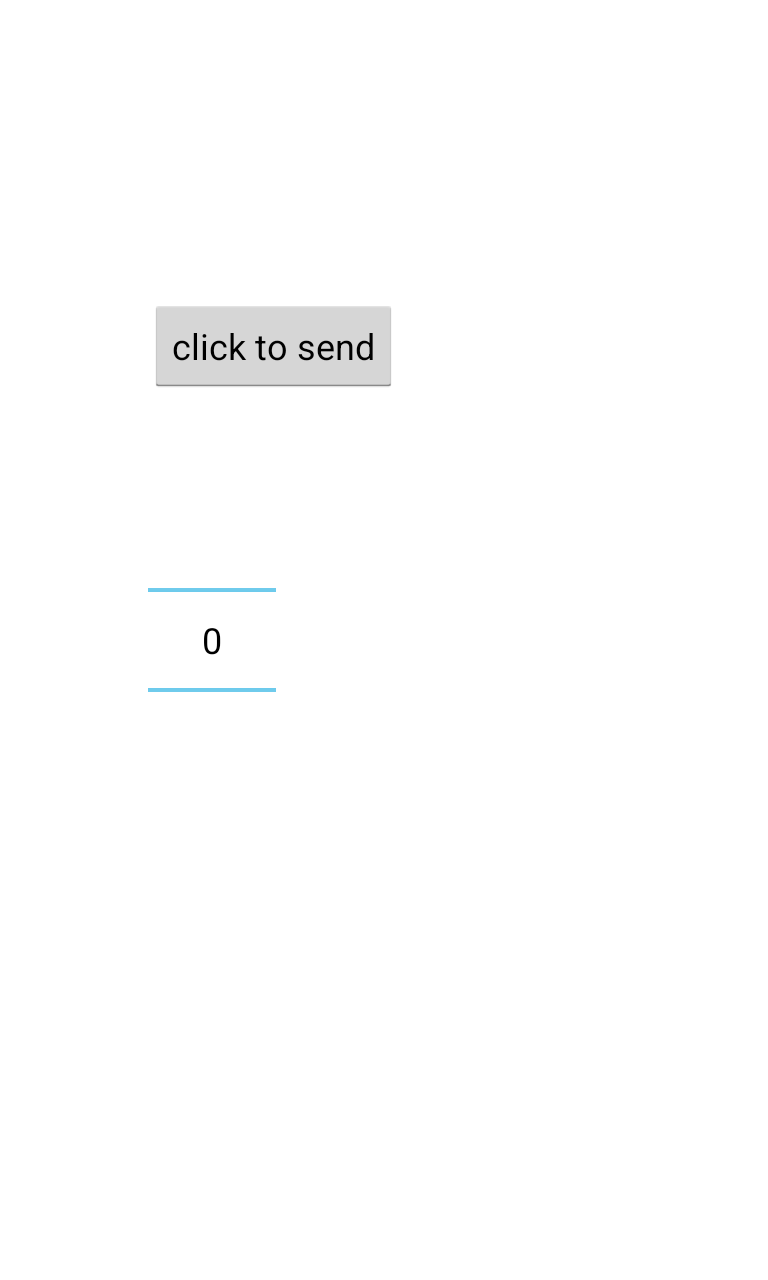
Repository: lmrobotics/linn-mar-robotics
Layout: 2013_14/Android/raflood/workspace/FTCScout/res/layout/activity_main.xml
These files come from the project's save history. The layout is drawn as it stood at one moment and after the next save; the edit follows.
It is drawn on a 768 x 1280 px phone screen (xhdpi) without system bars, with theme AppTheme; the app's code is not run.

Above is the layout before, as saved 2013-10-18 02:46:19.

After the next save:
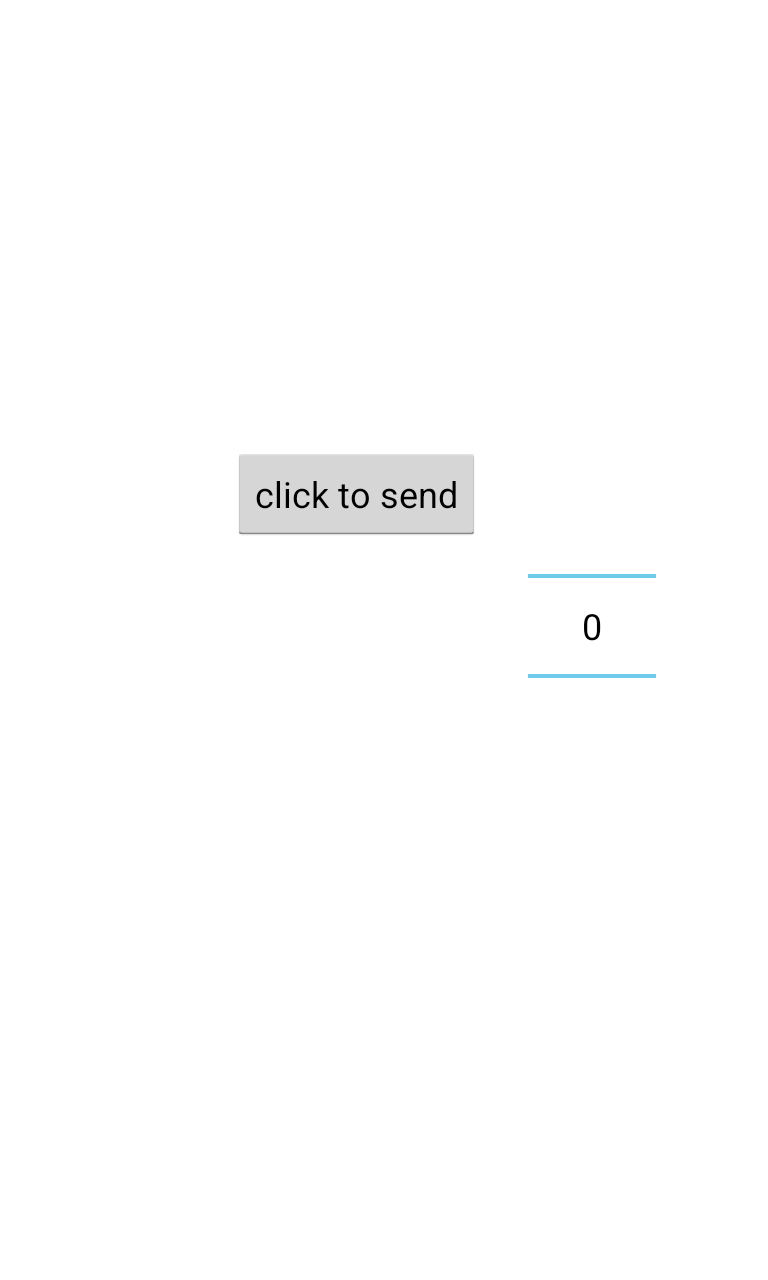
Saved 2 min 23 s later.
--- a/2013_14/Android/raflood/workspace/FTCScout/res/layout/activity_main.xml
+++ b/2013_14/Android/raflood/workspace/FTCScout/res/layout/activity_main.xml
@@ -10,49 +10,45 @@
     tools:context=".MainActivity" >
 
     <EditText
-        android:id="@+id/edit_message"
-        android:layout_width="0dp"
-        android:layout_height="wrap_content"
-        android:layout_alignTop="@+id/button1"
-        android:layout_marginLeft="57dp"
-        android:layout_marginTop="25dp"
-        android:layout_toRightOf="@+id/np"
-        android:layout_weight="1"
-        android:ems="10"
-        android:hint="@string/team_name_prompt" >
-
-        <requestFocus />
-    </EditText>
-
-    <Button
-        android:id="@+id/button1"
-        android:layout_width="wrap_content"
-        android:layout_height="wrap_content"
-        android:layout_alignParentLeft="true"
-        android:layout_alignParentTop="true"
-        android:layout_marginLeft="58dp"
-        android:layout_marginTop="133dp"
-        android:onClick="sendMessage"
-        android:text="@string/button_send" />
-
-    <NumberPicker
-        android:id="@+id/np"
-        android:layout_width="wrap_content"
-        android:layout_height="wrap_content"
-        android:layout_alignLeft="@+id/button1"
-        android:layout_centerVertical="true"
-        android:width="100dip" />
-
-    <EditText
         android:id="@+id/editText1"
         android:layout_width="0dp"
         android:layout_height="wrap_content"
         android:layout_below="@+id/button1"
         android:layout_marginTop="55dp"
         android:layout_toLeftOf="@+id/np"
-        android:layout_weight="1"
         android:ems="10"
         android:hint="@string/team_number_prompt"
         android:inputType="numberDecimal" />
 
+    <NumberPicker
+        android:id="@+id/np"
+        android:layout_width="wrap_content"
+        android:layout_height="wrap_content"
+        android:layout_alignParentRight="true"
+        android:layout_alignTop="@+id/button1"
+        android:layout_marginRight="40dp"
+        android:width="100dip" />
+
+    <Button
+        android:id="@+id/button1"
+        android:layout_width="wrap_content"
+        android:layout_height="wrap_content"
+        android:layout_alignParentTop="true"
+        android:layout_marginRight="23dp"
+        android:layout_marginTop="207dp"
+        android:layout_toLeftOf="@+id/np"
+        android:onClick="sendMessage"
+        android:text="@string/button_send" />
+
+    <EditText
+        android:id="@+id/edit_message"
+        android:layout_width="0dp"
+        android:layout_height="wrap_content"
+        android:layout_alignParentLeft="true"
+        android:layout_alignParentTop="true"
+        android:layout_marginLeft="143dp"
+        android:layout_marginTop="39dp"
+        android:ems="10"
+        android:hint="@string/team_name_prompt" />
+
 </RelativeLayout>
